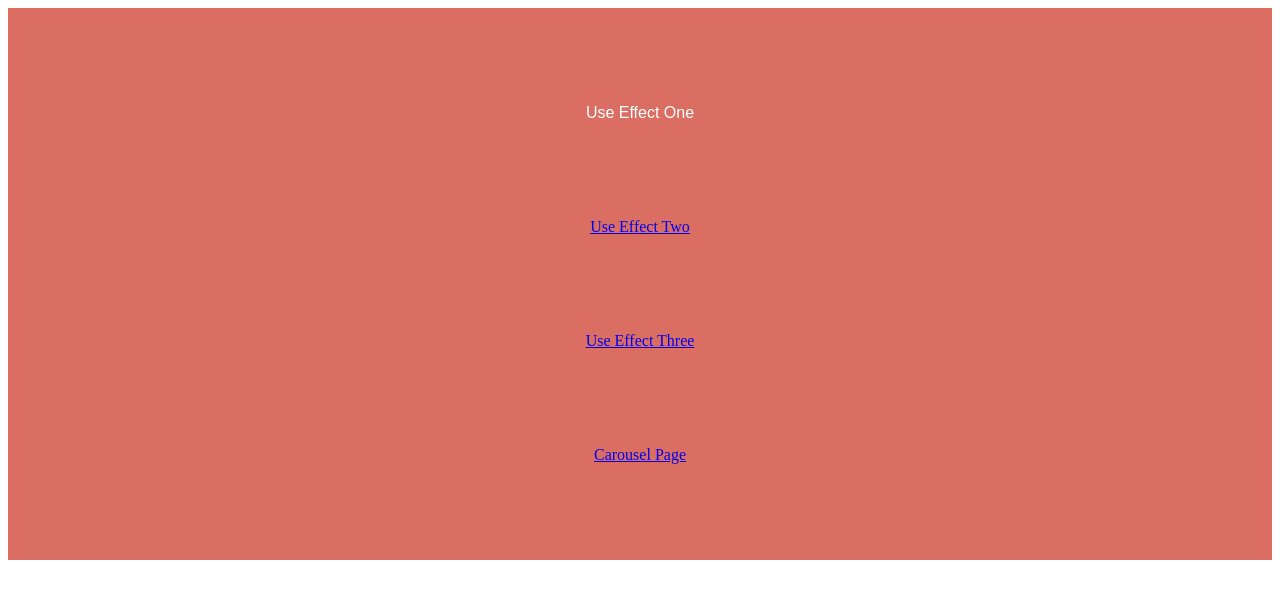
Repository: RonanKhalilOlaes/Class08
Page: /
These files come from the project's save history. The page is drawn as it stood at one moment and after the next save; the edit follows.
The browser window is 1280 px wide. The pictures show the whole page.
The project was rebuilt for these pictures with package versions that can differ from the ones it lists, and the page was loaded fresh each time. The framework's server and built-in components were replaced by stand-ins that run in the browser. Also part of the build but not shown: next.config.js.

Above is the page before, as saved 2023-02-20 22:26:10.

After the next save:
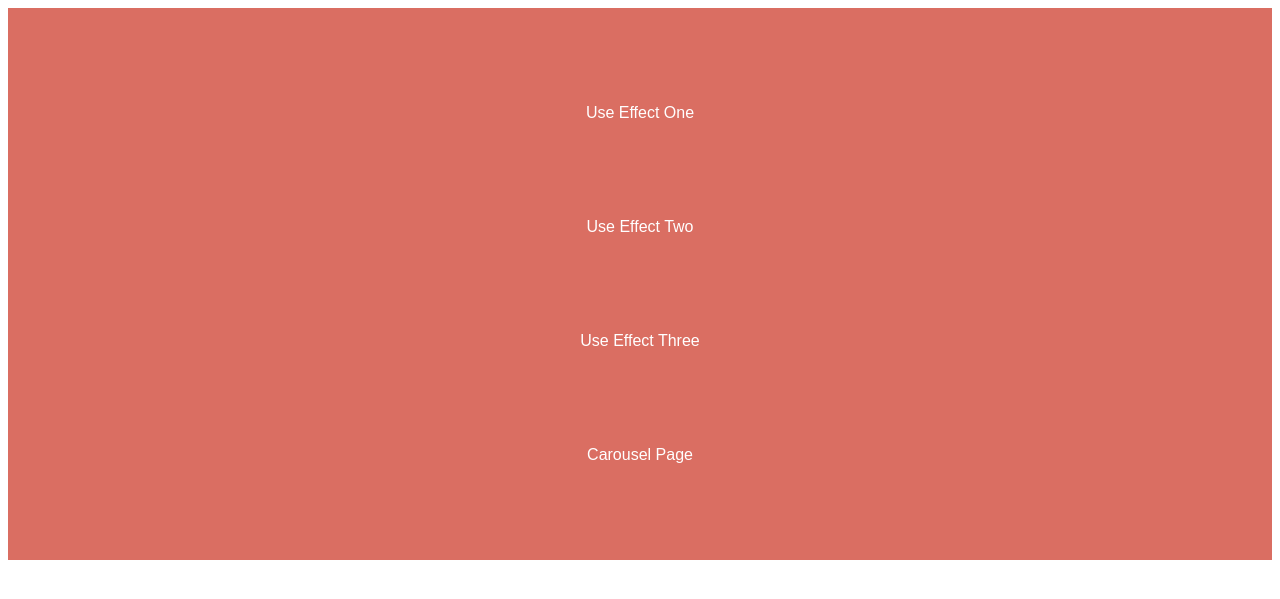
Saved 17 s later.
--- a/pages/index.js
+++ b/pages/index.js
@@ -14,9 +14,9 @@ export default function Home() {
       </Head>
       <main className={styles.main}>
         <Link href="/useEffectOne" className={styles.text}>Use Effect One</Link>
-        <Link href="/useEffectTwo">Use Effect Two</Link>
-        <Link href="/useEffectThree">Use Effect Three</Link>
-        <Link href="/carouselPage">Carousel Page</Link>
+        <Link href="/useEffectTwo" className={styles.text}>Use Effect Two</Link>
+        <Link href="/useEffectThree" className={styles.text}>Use Effect Three</Link>
+        <Link href="/carouselPage" className={styles.text}>Carousel Page</Link>
       </main>
     </>
   )
